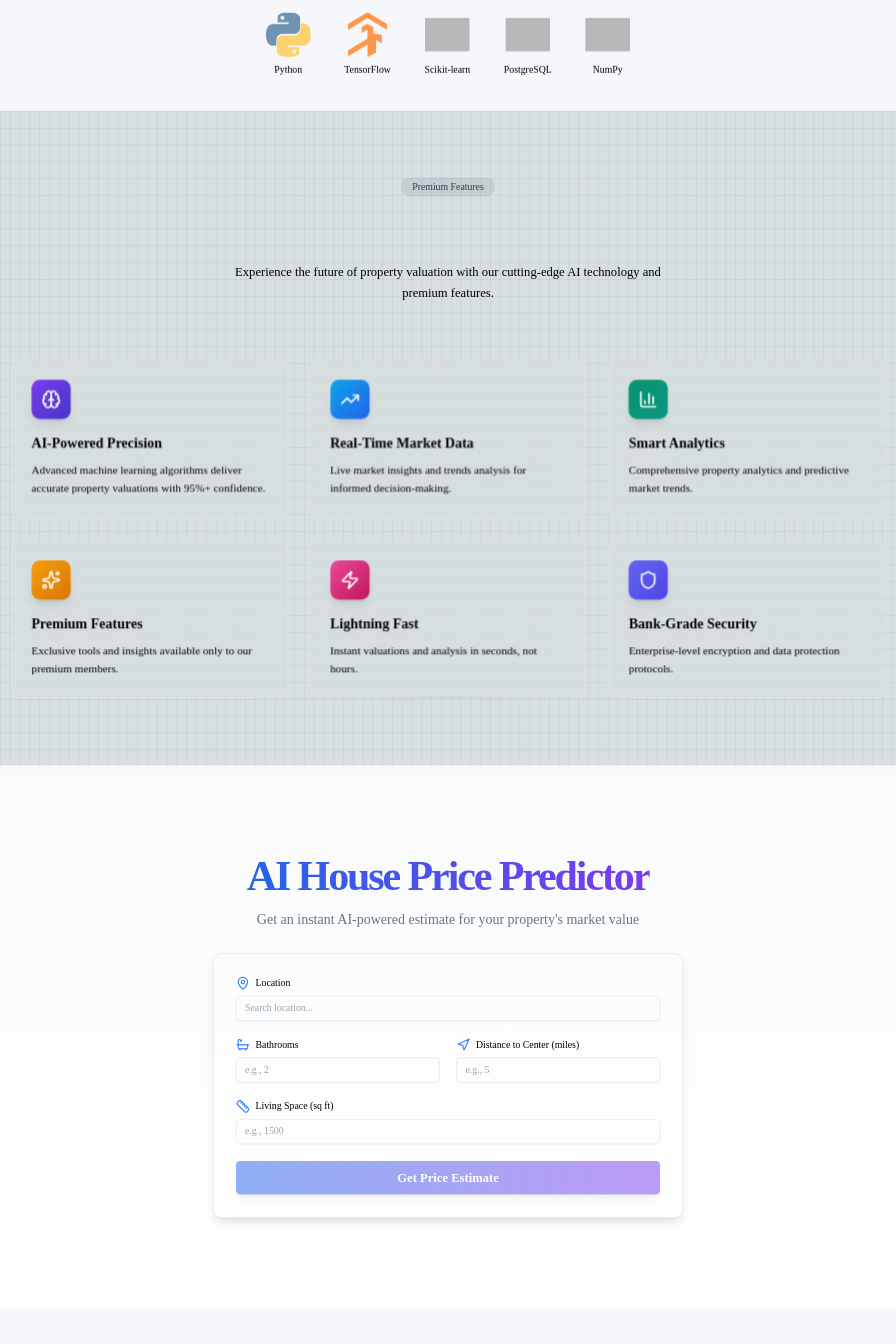
Repository: Rayyy-dev/HouseVal
Page: /
An editor plug-in stored every save of this project. The page is shown before and after the next save, followed by the edit.
The browser window is 1280 px wide. The pictures show the part of the page from y = 892 to 2812 px (the page is 3679 px tall before and 3729 px after), at 70% of full size.
Pictures or frames that could not be fetched are drawn as grey boxes. The project was rebuilt for these pictures with package versions that can differ from the ones it lists, and the page was loaded fresh each time. The framework's server and built-in components were replaced by stand-ins that run in the browser. Also part of the build but not shown: next.config.ts.

Above is the page before, as saved 2025-01-16 19:08:43.

### src/app/layout.tsx
import type { Metadata } from "next";
import localFont from "next/font/local";
import "./globals.css";

const geistSans = localFont({
  src: "./fonts/GeistVF.woff",
  variable: "--font-geist-sans",
  weight: "100 900",
});
const geistMono = localFont({
  src: "./fonts/GeistMonoVF.woff",
  variable: "--font-geist-mono",
  weight: "100 900",
});

export const metadata: Metadata = {
  title: "HouseVal - AI-Powered House Price Predictions",
  description: "Get accurate property valuations using advanced machine learning",
};

export default function RootLayout({
  children,
}: Readonly<{
  children: React.ReactNode;
}>) {
  return (
    <html lang="en">
      <body
        className={`${geistSans.variable} ${geistMono.variable} antialiased`}
      >
        {children}
      </body>
    </html>
  );
}

### src/app/page.tsx
import { Header } from "@/components/landing-page/sections/header";
import { Hero } from "@/components/landing-page/sections/hero";
import { Integrations } from "@/components/landing-page/sections/integrations";
import { Benefits } from "@/components/landing-page/sections/benefits";
import { HousingPredictor } from "@/components/landing-page/housing";
import { Solution } from "@/components/landing-page/sections/solution";
import { Footer } from "@/components/landing-page/sections/footer";

export default function Home() {
  return (
    <div className="min-h-screen bg-background">
      <Header />
      <Hero />
      <Integrations />
      <Benefits />
      <HousingPredictor />
      <Solution />
      <Footer />
    </div>
  );
}

### src/components/landing-page/sections/benefits.tsx
"use client";

import { motion } from "framer-motion";
import { Brain, Sparkles, TrendingUp, Shield, Zap, BarChart3 } from "lucide-react";
import { cn } from "@/lib/utils";

const benefits = [
  {
    title: "AI-Powered Precision",
    description: "Advanced machine learning algorithms deliver accurate property valuations with 95%+ confidence.",
    icon: Brain,
    gradient: "from-[#7C3AED] to-[#4338CA]",
    glow: "bg-[#7C3AED]",
    delay: 0.1,
  },
  {
    title: "Real-Time Market Data",
    description: "Live market insights and trends analysis for informed decision-making.",
    icon: TrendingUp,
    gradient: "from-[#0EA5E9] to-[#2563EB]",
    glow: "bg-[#0EA5E9]",
    delay: 0.2,
  },
  {
    title: "Smart Analytics",
    description: "Comprehensive property analytics and predictive market trends.",
    icon: BarChart3,
    gradient: "from-[#059669] to-[#0D9488]",
    glow: "bg-[#059669]",
    delay: 0.3,
  },
  {
    title: "Premium Features",
    description: "Exclusive tools and insights available only to our premium members.",
    icon: Sparkles,
    gradient: "from-[#F59E0B] to-[#D97706]",
    glow: "bg-[#F59E0B]",
    delay: 0.4,
  },
  {
    title: "Lightning Fast",
    description: "Instant valuations and analysis in seconds, not hours.",
    icon: Zap,
    gradient: "from-[#EC4899] to-[#BE185D]",
    glow: "bg-[#EC4899]",
    delay: 0.5,
  },
  {
    title: "Bank-Grade Security",
    description: "Enterprise-level encryption and data protection protocols.",
    icon: Shield,
    gradient: "from-[#6366F1] to-[#4F46E5]",
    glow: "bg-[#6366F1]",
    delay: 0.6,
  },
];

export function Benefits() {
  return (
    <section className="relative py-24 overflow-hidden bg-muted/30">
      {/* Sophisticated Background */}
      <div className="absolute inset-0">
        <div className="absolute inset-0 bg-[linear-gradient(to_right,#4f4f4f12_1px,transparent_1px),linear-gradient(to_bottom,#4f4f4f12_1px,transparent_1px)] bg-[size:14px_24px]" />
        <motion.div
          initial={{ opacity: 0 }}
          animate={{ opacity: 1 }}
          transition={{ duration: 1.5 }}
          className="absolute inset-0"
        >
          <div className="absolute left-0 right-0 top-0 -z-10 m-auto h-[310px] w-[310px] rounded-full bg-primary/5 blur-[120px] animate-pulse-slow" />
          <div className="absolute left-1/3 right-0 top-1/2 -z-10 h-[250px] w-[250px] rounded-full bg-primary/8 blur-[120px] animate-pulse-slow delay-300" />
        </motion.div>
      </div>

      <div className="container relative z-10 mx-auto px-4">
        {/* Enhanced Section Header */}
        <motion.div
          initial={{ opacity: 0, y: 20 }}
          whileInView={{ opacity: 1, y: 0 }}
          viewport={{ once: true }}
          transition={{ duration: 0.7, ease: "easeOut" }}
          className="text-center mb-20"
        >
          <motion.div
            initial={{ scale: 0.95, opacity: 0 }}
            whileInView={{ scale: 1, opacity: 1 }}
            transition={{ duration: 0.5, delay: 0.2 }}
            className="inline-block mb-6"
          >
            <span className="px-4 py-1.5 rounded-full bg-primary/10 text-primary text-sm font-medium">
              Premium Features
            </span>
          </motion.div>
          <h2 className="text-4xl md:text-5xl font-bold mb-6 bg-gradient-to-r from-foreground via-foreground/90 to-foreground/80 bg-clip-text text-transparent">
            The Future of Real Estate
          </h2>
          <p className="text-lg text-muted-foreground max-w-2xl mx-auto leading-relaxed">
            Experience the future of property valuation with our cutting-edge AI technology and premium features.
          </p>
        </motion.div>

        {/* Enhanced Benefits Grid */}
        <div className="grid grid-cols-1 md:grid-cols-2 lg:grid-cols-3 gap-8">
          {benefits.map((benefit, index) => (
            <motion.div
              key={benefit.title}
              initial={{ opacity: 0, y: 20 }}
              whileInView={{ opacity: 1, y: 0 }}
              viewport={{ once: true }}
              transition={{ duration: 0.7, delay: benefit.delay }}
            >
              <motion.div
                className="relative group"
                whileHover={{ translateY: -5 }}
                transition={{ duration: 0.3 }}
              >
                <div className={cn(
                  "absolute -inset-0.5 rounded-2xl blur-xl opacity-0 group-hover:opacity-20 transition duration-500",
                  benefit.glow
                )} />
                <div className="relative h-full bg-card border border-border/50 rounded-xl p-7 backdrop-blur-sm hover:border-border transition-all duration-300">
                  {/* Enhanced Icon */}
                  <motion.div
                    whileHover={{ rotate: [0, -10, 10, -5, 5, 0] }}
                    transition={{ duration: 0.5 }}
                    className={cn(
                      "w-14 h-14 rounded-xl flex items-center justify-center mb-5",
                      "bg-gradient-to-br shadow-lg",
                      benefit.gradient
                    )}
                  >
                    <benefit.icon className="w-7 h-7 text-white" />
                  </motion.div>

                  {/* Enhanced Content */}
                  <h3 className="text-xl font-semibold mb-3 text-foreground group-hover:text-primary/90 transition-colors">
                    {benefit.title}
                  </h3>
                  <p className="text-muted-foreground group-hover:text-foreground/80 transition-colors leading-relaxed">
                    {benefit.description}
                  </p>

                  {/* Enhanced Hover Effect */}
                  <div className="absolute inset-0 rounded-xl transition-all duration-300 group-hover:bg-gradient-to-br from-foreground/[0.02] to-transparent pointer-events-none" />
                </div>
              </motion.div>
            </motion.div>
          ))}
        </div>

        {/* Enhanced Bottom Decorative Element */}
        <motion.div
          initial={{ opacity: 0, width: "0%" }}
          whileInView={{ opacity: 1, width: "50%" }}
          viewport={{ once: true }}
          transition={{ duration: 1, delay: 0.5 }}
          className="absolute bottom-0 left-1/2 -translate-x-1/2 h-px bg-gradient-to-r from-transparent via-primary/30 to-transparent"
        />
      </div>
    </section>
  );
}

### src/components/landing-page/sections/footer.tsx
import { Button } from "@/components/ui/button";

export function Footer() {
  return (
    <footer className="bg-muted/30 border-t border-border">
      <div className="container mx-auto px-4 py-12">
        <div className="grid grid-cols-1 md:grid-cols-4 gap-8">
          <div className="space-y-4">
            <h4 className="text-lg font-bold">HouseVal</h4>
            <p className="text-sm text-muted-foreground">
              AI-powered house price predictions for the modern real estate market.
            </p>
          </div>

          <div>
            <h4 className="font-bold mb-4">Product</h4>
            <ul className="space-y-2 text-sm text-muted-foreground">
              <li>Features</li>
              <li>Pricing</li>
              <li>API</li>
              <li>Documentation</li>
            </ul>
          </div>

          <div>
            <h4 className="font-bold mb-4">Company</h4>
            <ul className="space-y-2 text-sm text-muted-foreground">
              <li>About</li>
              <li>Blog</li>
              <li>Careers</li>
              <li>Contact</li>
            </ul>
          </div>

          <div>
            <h4 className="font-bold mb-4">Legal</h4>
            <ul className="space-y-2 text-sm text-muted-foreground">
              <li>Privacy</li>
              <li>Terms</li>
              <li>Cookie Policy</li>
            </ul>
          </div>
        </div>

        <div className="border-t border-border/40 mt-8 pt-8 text-center text-sm text-muted-foreground">
          © 2024 HouseVal. All rights reserved.
        </div>
      </div>
    </footer>
  );
}

### src/components/ui/input.tsx
import * as React from "react"

import { cn } from "@/lib/utils"

const Input = React.forwardRef<HTMLInputElement, React.ComponentProps<"input">>(
  ({ className, type, ...props }, ref) => {
    return (
      <input
        type={type}
        className={cn(
          "flex h-9 w-full rounded-md border border-input bg-transparent px-3 py-1 text-base shadow-sm transition-colors file:border-0 file:bg-transparent file:text-sm file:font-medium file:text-foreground placeholder:text-muted-foreground focus-visible:outline-none focus-visible:ring-1 focus-visible:ring-ring disabled:cursor-not-allowed disabled:opacity-50 md:text-sm",
          className
        )}
        ref={ref}
        {...props}
      />
    )
  }
)
Input.displayName = "Input"

export { Input }

### src/components/ui/avatar-stack.tsx
"use client";

const generateInitialsAvatar = (index: number) => {
  const colors = [
    'from-blue-500 to-blue-600',
    'from-emerald-500 to-emerald-600',
    'from-purple-500 to-purple-600',
    'from-amber-500 to-amber-600',
    'from-rose-500 to-rose-600',
    'from-cyan-500 to-cyan-600'
  ];
  const initials = ['JD', 'AR', 'MS', 'KL', 'RB', 'TC'];

  return (
    <div
      className={`w-8 h-8 rounded-full bg-gradient-to-br ${colors[index]} flex items-center justify-center text-xs font-medium text-white shadow-lg ring-2 ring-background backdrop-blur-sm`}
    >
      {initials[index]}
    </div>
  );
};

export function AvatarStack() {
  return (
    <div className="flex items-center gap-3">
      <div className="flex -space-x-3">
        {Array.from({ length: 6 }).map((_, i) => (
          <div
            key={i}
            className="relative transition-all duration-300 ease-out hover:scale-110 hover:z-10 hover:-translate-y-1"
            style={{ zIndex: 6 - i }}
          >
            {generateInitialsAvatar(i)}
          </div>
        ))}
      </div>
      <div className="flex flex-col">
        <span className="text-sm font-semibold bg-gradient-to-r from-primary to-primary/70 bg-clip-text text-transparent">
          10k+ Users
        </span>
        <span className="text-xs text-muted-foreground">
          Trust HouseVal
        </span>
      </div>
    </div>
  );
}

### src/components/landing-page/housing/data/locations.ts
export const locations = [
  // New York
  { value: 'new-york-ny', label: 'New York, NY', factor: 2.0 },
  { value: 'brooklyn-ny', label: 'Brooklyn, NY', factor: 1.8 },
  { value: 'queens-ny', label: 'Queens, NY', factor: 1.6 },

  // California
  { value: 'los-angeles-ca', label: 'Los Angeles, CA', factor: 1.9 },
  { value: 'san-francisco-ca', label: 'San Francisco, CA', factor: 2.1 },
  { value: 'san-diego-ca', label: 'San Diego, CA', factor: 1.7 },

  // Texas
  { value: 'austin-tx', label: 'Austin, TX', factor: 1.5 },
  { value: 'houston-tx', label: 'Houston, TX', factor: 1.3 },
  { value: 'dallas-tx', label: 'Dallas, TX', factor: 1.4 },

  // Florida
  { value: 'miami-fl', label: 'Miami, FL', factor: 1.6 },
  { value: 'orlando-fl', label: 'Orlando, FL', factor: 1.3 },

  // Washington
  { value: 'seattle-wa', label: 'Seattle, WA', factor: 1.8 },

  // Illinois
  { value: 'chicago-il', label: 'Chicago, IL', factor: 1.5 },

  // Massachusetts
  { value: 'boston-ma', label: 'Boston, MA', factor: 1.9 },
] as const;

### tailwind.config.ts
import { fontFamily } from "tailwindcss/defaultTheme"
import type { Config } from "tailwindcss"

const config = {
  darkMode: ["class"],
  content: [
    './pages/**/*.{ts,tsx}',
    './components/**/*.{ts,tsx}',
    './app/**/*.{ts,tsx}',
    './src/**/*.{ts,tsx}',
	],
  theme: {
    container: {
      center: true,
      padding: "2rem",
      screens: {
        "2xl": "1400px",
      },
    },
    extend: {
      colors: {
        primary: {
          DEFAULT: "#2C3E50",
          foreground: "#FFFFFF",
        },
        secondary: {
          DEFAULT: "#E67E22",
          foreground: "#FFFFFF",
        },
        accent: {
          DEFAULT: "#16A085",
          foreground: "#FFFFFF",
        },
        background: "#F5F7FA",
        muted: "#95A5A6",
      },
      fontFamily: {
        sans: ["var(--font-sans)", ...fontFamily.sans],
      },
      keyframes: {
        "accordion-down": {
          from: { height: "0" },
          to: { height: "var(--radix-accordion-content-height)" },
        },
        "accordion-up": {
          from: { height: "var(--radix-accordion-content-height)" },
          to: { height: "0" },
        },
      },
      animation: {
        "accordion-down": "accordion-down 0.2s ease-out",
        "accordion-up": "accordion-up 0.2s ease-out",
      },
    },
  },
  plugins: [require("tailwindcss-animate")],
} satisfies Config

export default config

Loaded but not shown: src/lib/utils.ts (common file); src/components/landing-page/sections/hero.tsx (333 lines, source omitted); src/app/globals.css (956 lines, source omitted); src/components/landing-page/housing/index.tsx (281 lines, source omitted); src/components/landing-page/sections/solution.tsx (61 lines, source omitted); src/components/ui/button.tsx (57 lines, source omitted); src/components/landing-page/housing/lib/report-generator.ts (66 lines, source omitted); src/components/ui/card.tsx (76 lines, source omitted); src/components/landing-page/sections/integrations.tsx (57 lines, source omitted); src/components/landing-page/sections/header.tsx (38 lines, source omitted)

After the next save:
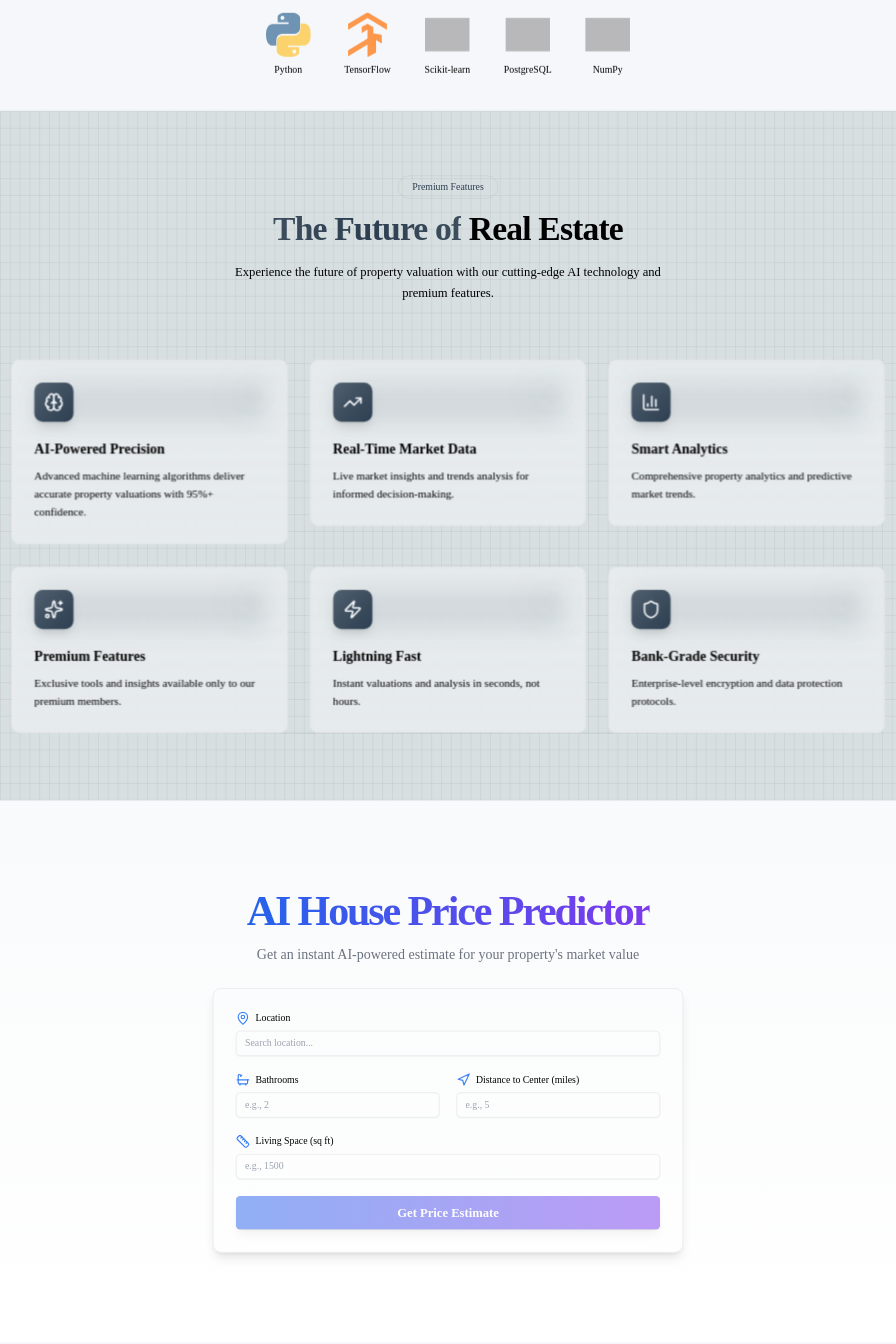
Saved 2 min 39 s later.
--- a/src/components/landing-page/sections/benefits.tsx
+++ b/src/components/landing-page/sections/benefits.tsx
@@ -9,48 +9,48 @@
     title: "AI-Powered Precision",
     description: "Advanced machine learning algorithms deliver accurate property valuations with 95%+ confidence.",
     icon: Brain,
-    gradient: "from-[#7C3AED] to-[#4338CA]",
-    glow: "bg-[#7C3AED]",
+    gradient: "from-primary/80 to-primary",
+    glow: "bg-primary",
     delay: 0.1,
   },
   {
     title: "Real-Time Market Data",
     description: "Live market insights and trends analysis for informed decision-making.",
     icon: TrendingUp,
-    gradient: "from-[#0EA5E9] to-[#2563EB]",
-    glow: "bg-[#0EA5E9]",
+    gradient: "from-primary/80 to-primary",
+    glow: "bg-primary",
     delay: 0.2,
   },
   {
     title: "Smart Analytics",
     description: "Comprehensive property analytics and predictive market trends.",
     icon: BarChart3,
-    gradient: "from-[#059669] to-[#0D9488]",
-    glow: "bg-[#059669]",
+    gradient: "from-primary/80 to-primary",
+    glow: "bg-primary",
     delay: 0.3,
   },
   {
     title: "Premium Features",
     description: "Exclusive tools and insights available only to our premium members.",
     icon: Sparkles,
-    gradient: "from-[#F59E0B] to-[#D97706]",
-    glow: "bg-[#F59E0B]",
+    gradient: "from-primary/80 to-primary",
+    glow: "bg-primary",
     delay: 0.4,
   },
   {
     title: "Lightning Fast",
     description: "Instant valuations and analysis in seconds, not hours.",
     icon: Zap,
-    gradient: "from-[#EC4899] to-[#BE185D]",
-    glow: "bg-[#EC4899]",
+    gradient: "from-primary/80 to-primary",
+    glow: "bg-primary",
     delay: 0.5,
   },
   {
     title: "Bank-Grade Security",
     description: "Enterprise-level encryption and data protection protocols.",
     icon: Shield,
-    gradient: "from-[#6366F1] to-[#4F46E5]",
-    glow: "bg-[#6366F1]",
+    gradient: "from-primary/80 to-primary",
+    glow: "bg-primary",
     delay: 0.6,
   },
 ];
@@ -87,14 +87,15 @@
             transition={{ duration: 0.5, delay: 0.2 }}
             className="inline-block mb-6"
           >
-            <span className="px-4 py-1.5 rounded-full bg-primary/10 text-primary text-sm font-medium">
+            <span className="px-5 py-2 rounded-full bg-primary/8 text-primary text-sm font-medium border border-primary/10">
               Premium Features
             </span>
           </motion.div>
-          <h2 className="text-4xl md:text-5xl font-bold mb-6 bg-gradient-to-r from-foreground via-foreground/90 to-foreground/80 bg-clip-text text-transparent">
-            The Future of Real Estate
+          <h2 className="text-4xl md:text-5xl font-bold mb-6 tracking-tight">
+            <span className="bg-gradient-to-r from-primary/90 via-primary to-primary/90 bg-clip-text text-transparent">The Future of</span>
+            <span className="text-foreground"> Real Estate</span>
           </h2>
-          <p className="text-lg text-muted-foreground max-w-2xl mx-auto leading-relaxed">
+          <p className="text-lg text-muted-foreground/90 max-w-2xl mx-auto leading-relaxed">
             Experience the future of property valuation with our cutting-edge AI technology and premium features.
           </p>
         </motion.div>
@@ -111,37 +112,37 @@
             >
               <motion.div
                 className="relative group"
-                whileHover={{ translateY: -5 }}
-                transition={{ duration: 0.3 }}
+                whileHover={{ translateY: -3 }}
+                transition={{ duration: 0.2, ease: "easeOut" }}
               >
-                <div className={cn(
-                  "absolute -inset-0.5 rounded-2xl blur-xl opacity-0 group-hover:opacity-20 transition duration-500",
-                  benefit.glow
-                )} />
-                <div className="relative h-full bg-card border border-border/50 rounded-xl p-7 backdrop-blur-sm hover:border-border transition-all duration-300">
+                <div className="absolute -inset-0.5 bg-gradient-to-b from-primary/10 to-transparent rounded-2xl blur opacity-0 group-hover:opacity-100 transition duration-300" />
+                <div className="relative h-full bg-background/50 backdrop-blur-sm rounded-xl p-8 border border-border/40 group-hover:border-primary/20 transition-all duration-300">
                   {/* Enhanced Icon */}
-                  <motion.div
-                    whileHover={{ rotate: [0, -10, 10, -5, 5, 0] }}
-                    transition={{ duration: 0.5 }}
-                    className={cn(
-                      "w-14 h-14 rounded-xl flex items-center justify-center mb-5",
-                      "bg-gradient-to-br shadow-lg",
-                      benefit.gradient
-                    )}
-                  >
-                    <benefit.icon className="w-7 h-7 text-white" />
-                  </motion.div>
+                  <div className="mb-6 relative">
+                    <div className="absolute inset-0 bg-primary/10 rounded-xl blur-lg group-hover:blur-xl transition-all duration-300" />
+                    <motion.div
+                      whileHover={{ scale: 1.05 }}
+                      transition={{ duration: 0.2 }}
+                      className={cn(
+                        "relative w-14 h-14 rounded-xl flex items-center justify-center",
+                        "bg-gradient-to-br shadow-lg",
+                        benefit.gradient
+                      )}
+                    >
+                      <benefit.icon className="w-7 h-7 text-background" />
+                    </motion.div>
+                  </div>
 
                   {/* Enhanced Content */}
-                  <h3 className="text-xl font-semibold mb-3 text-foreground group-hover:text-primary/90 transition-colors">
+                  <h3 className="text-xl font-semibold mb-3 text-foreground group-hover:text-primary transition-colors">
                     {benefit.title}
                   </h3>
-                  <p className="text-muted-foreground group-hover:text-foreground/80 transition-colors leading-relaxed">
+                  <p className="text-muted-foreground/90 group-hover:text-muted-foreground transition-colors leading-relaxed">
                     {benefit.description}
                   </p>
 
-                  {/* Enhanced Hover Effect */}
-                  <div className="absolute inset-0 rounded-xl transition-all duration-300 group-hover:bg-gradient-to-br from-foreground/[0.02] to-transparent pointer-events-none" />
+                  {/* Subtle Corner Accent */}
+                  <div className="absolute top-6 right-6 w-12 h-12 bg-primary/5 rounded-full blur-xl group-hover:bg-primary/10 transition-all duration-300" />
                 </div>
               </motion.div>
             </motion.div>
@@ -151,10 +152,10 @@
         {/* Enhanced Bottom Decorative Element */}
         <motion.div
           initial={{ opacity: 0, width: "0%" }}
-          whileInView={{ opacity: 1, width: "50%" }}
+          whileInView={{ opacity: 1, width: "60%" }}
           viewport={{ once: true }}
           transition={{ duration: 1, delay: 0.5 }}
-          className="absolute bottom-0 left-1/2 -translate-x-1/2 h-px bg-gradient-to-r from-transparent via-primary/30 to-transparent"
+          className="absolute bottom-0 left-1/2 -translate-x-1/2 h-px bg-gradient-to-r from-transparent via-primary/20 to-transparent"
         />
       </div>
     </section>
